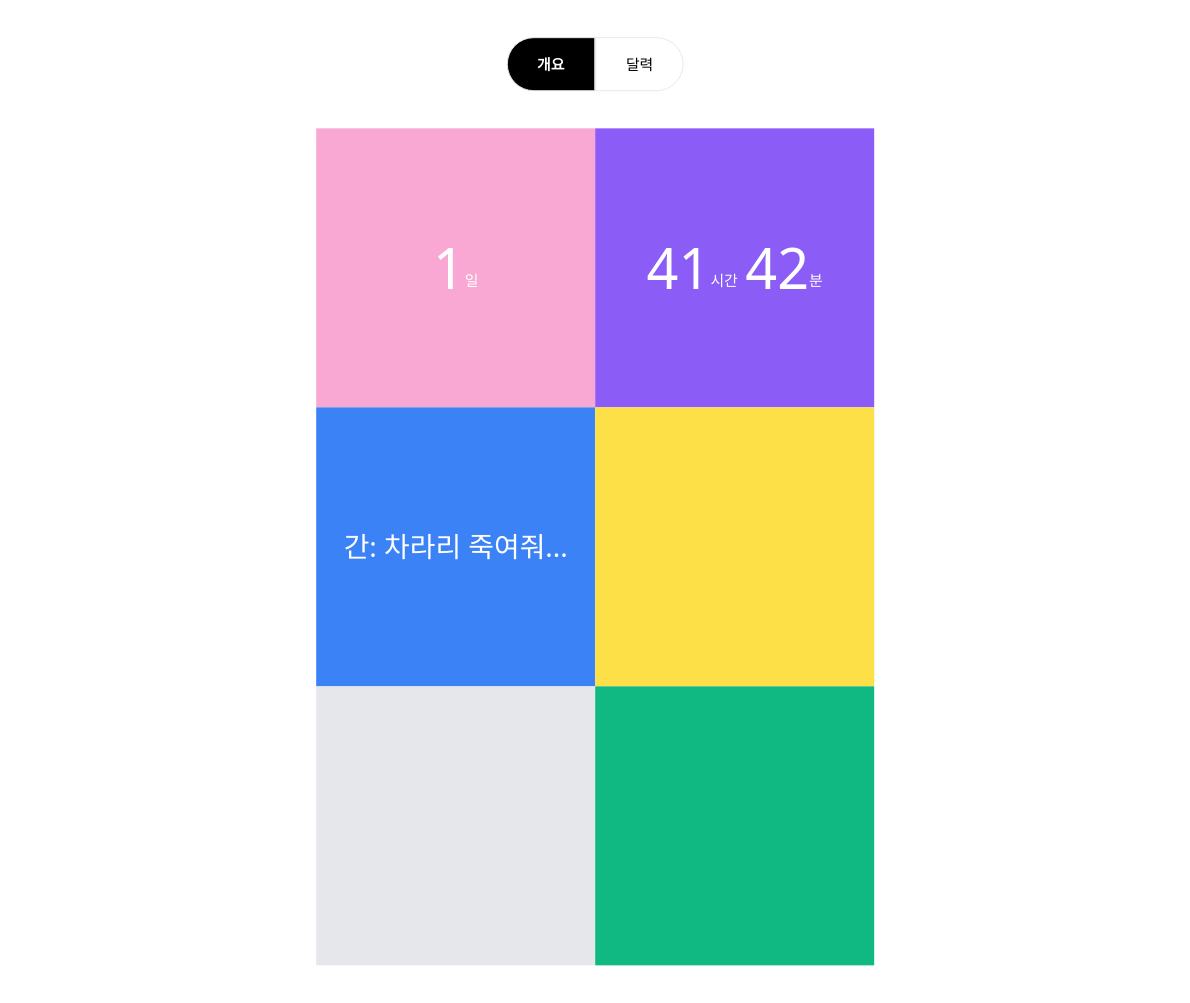
Repository: honey-punch/my-alcohol
Page: /
The author's editor kept a copy of each file at every save. The page is drawn from the files as they stood at one save, then again after the next save.
The browser window is 1280 px wide. The pictures show the whole page, at 93% of full size.
The project was rebuilt for these pictures with package versions that can differ from the ones it lists, and the page was loaded fresh each time. The framework's server and built-in components were replaced by stand-ins that run in the browser. Also part of the build but not shown: next.config.ts, src/app/_component/Calendar.tsx.

Above is the page before, as saved 2025-02-10 16:06:30.

### src/app/page.tsx
"use client";

import { useState } from "react";
import Summary from "./_component/Summary";
import Calendar from "./_component/Calendar";

type ViewType = "summary" | "calendar";

export default function Home() {
  // useState
  const [viewType, setViewType] = useState<ViewType>("summary");

  // functions
  function handleChangeViewType() {
    if (viewType === "summary") {
      setViewType("calendar");
    } else {
      setViewType("summary");
    }
  }

  return (
    <div className="w-full flex flex-col items-center p-10 gap-10">
      <div onClick={handleChangeViewType} className="flex">
        <button
          className={`${
            viewType === "summary"
              ? "bg-black text-white font-black"
              : "hover:bg-black/20"
          } rounded-s-full border px-8 py-4 transition-colors`}
        >
          개요
        </button>
        <button
          className={`${
            viewType === "calendar"
              ? "bg-black text-white font-black"
              : "hover:bg-black/20"
          } rounded-e-full border px-8 py-4 transition-colors`}
        >
          달력
        </button>
      </div>
      {viewType === "summary" ? <Summary /> : <Calendar />}
    </div>
  );
}

### src/app/_component/Summary.tsx
const BOX_SIZE = 300;

export default function Summary() {
  const today = new Date();

  // TODO - DB에서 받아온 술마신 날들 중 가장 마지막 날
  const lastDay = new Date("2025-02-08T22:00:00");

  // 1, 2번 박스
  const diffMs = Math.abs(today.getTime() - lastDay.getTime());
  const diffDay = Math.floor(diffMs / (1000 * 60 * 60 * 24));
  const diffHour = Math.floor(diffMs / (1000 * 60 * 60));
  const diffMin = Math.floor((diffMs % (1000 * 60 * 60)) / (1000 * 60));
  const diffTime = { diffHour, diffMin };

  // 3번 박스

  // 4번 박스
  // TODO - DB에 저장해볼까
  const wiseSaying = [
    "내가 또 술을 마시면 개다.",
    "간한테 미안하지도 않냐?",
    "간: 차라리 죽여줘...",
    "술마시면 하루가 날라간다.",
    "안마셔도 생각보다 괜찮다.",
    "마시고 후회하지말고 작작마셔라.",
  ];
  const randomWiseSaying =
    wiseSaying[Math.floor(Math.random() * wiseSaying.length)];

  return (
    <div className="grid grid-cols-2">
      <div
        style={{ width: `${BOX_SIZE}px`, height: BOX_SIZE }}
        className="bg-pink-300 text-white flex justify-center items-center"
      >
        <span className="text-6xl">{diffDay}</span>
        <span className="mt-7">일</span>
      </div>
      <div
        style={{ width: `${BOX_SIZE}px`, height: BOX_SIZE }}
        className="bg-violet-500 text-white flex justify-center items-center"
      >
        <span className="text-6xl">{diffTime.diffHour}</span>
        <span className="mt-7 mr-2">시간</span>
        <span className="text-6xl">{diffTime.diffMin}</span>
        <span className="mt-7">분</span>
      </div>
      <div
        style={{ width: `${BOX_SIZE}px`, height: BOX_SIZE }}
        className="bg-blue-500 text-white flex justify-center items-center text-3xl"
      >
        {randomWiseSaying}
      </div>
      <div
        style={{ width: `${BOX_SIZE}px`, height: BOX_SIZE }}
        className="bg-yellow-300 text-white flex justify-center items-center text-3xl"
      ></div>
      <div
        style={{ width: `${BOX_SIZE}px`, height: BOX_SIZE }}
        className="bg-gray-200 text-white flex justify-center items-center text-3xl"
      ></div>
      <div
        style={{ width: `${BOX_SIZE}px`, height: BOX_SIZE }}
        className="bg-emerald-500 text-white flex justify-center items-center text-3xl"
      ></div>
    </div>
  );
}

Loaded but not shown: src/app/layout.tsx (common file); src/app/globals.css (common file); tailwind.config.ts (common file)

After the next save:
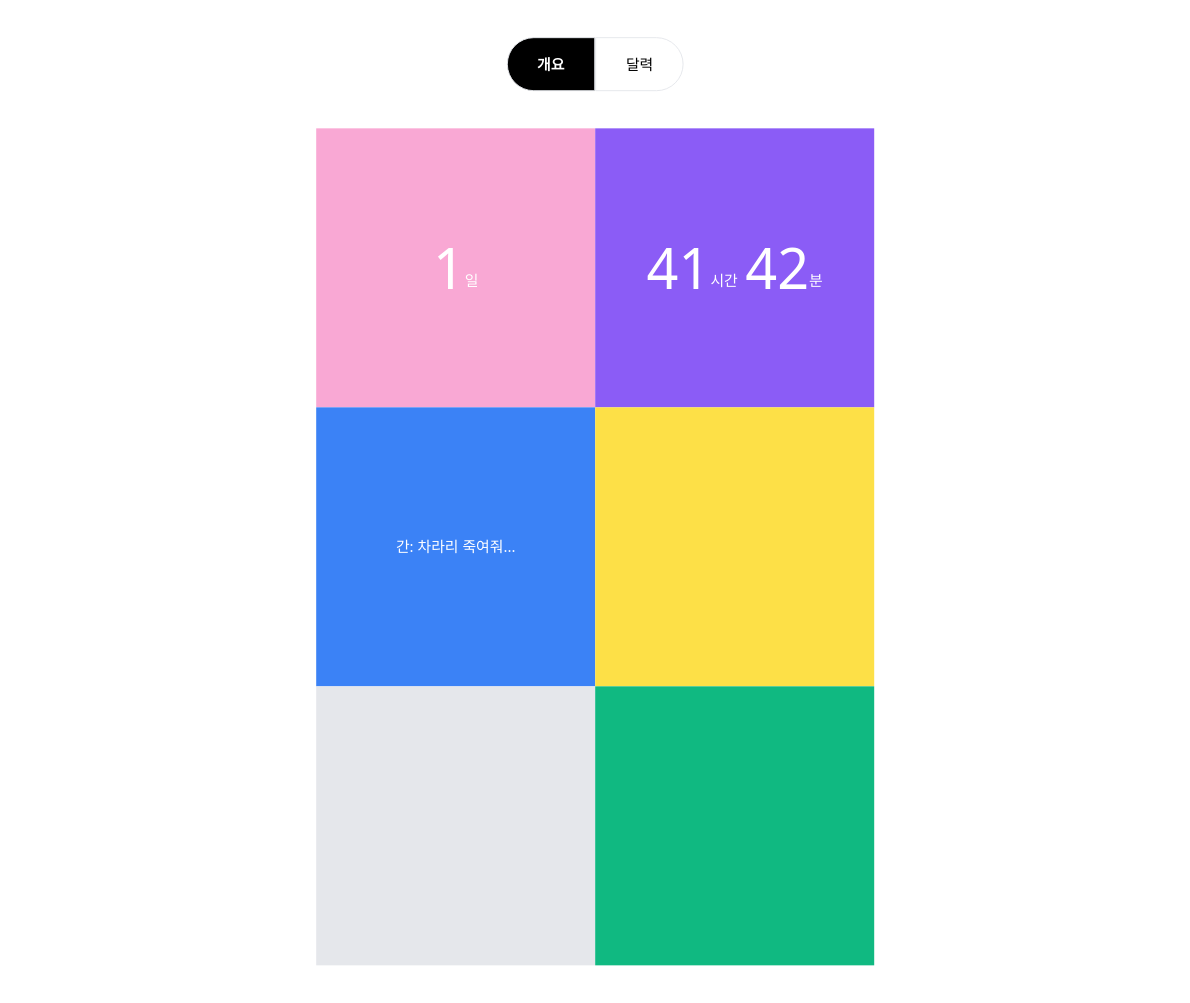
Saved 15 s later.
--- a/src/app/_component/Summary.tsx
+++ b/src/app/_component/Summary.tsx
@@ -48,7 +48,7 @@ export default function Summary() {
       </div>
       <div
         style={{ width: `${BOX_SIZE}px`, height: BOX_SIZE }}
-        className="bg-blue-500 text-white flex justify-center items-center text-3xl"
+        className="bg-blue-500 text-white flex justify-center items-center"
       >
         {randomWiseSaying}
       </div>
